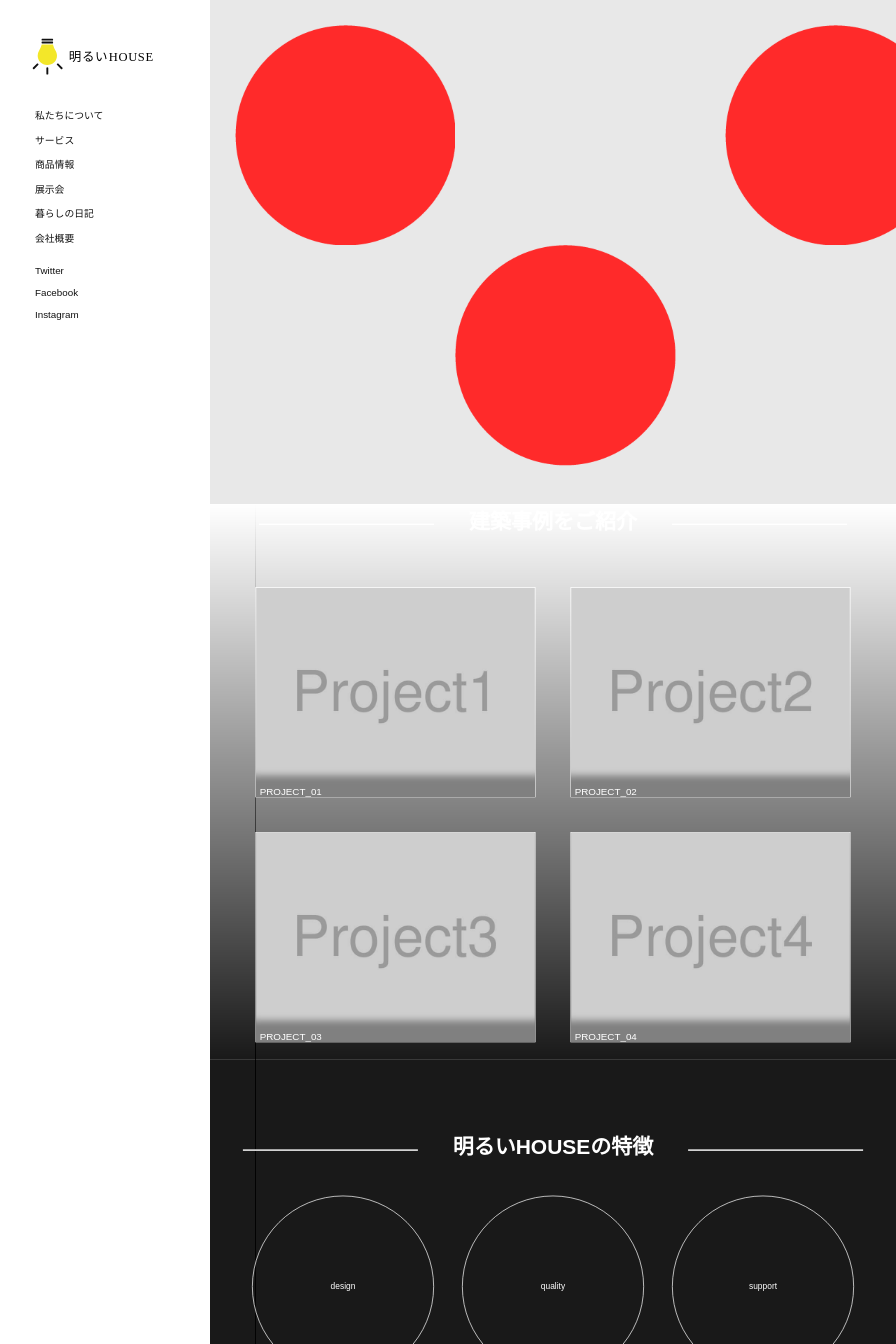
Repository: n19880405nick/challenge
Page: Codestep/House/house.html
The author's editor kept a record of every edit. The page is drawn from the files as they stood at one moment, then again after the next edit.
The browser window is 1280 px wide. The pictures show the part of the page from y = 0 to 1920 px (the page is 3844 px tall), at 70% of full size.

Above is the page before.
Console error: SyntaxError: Unexpected token ')'

### Codestep/House/house.html
<!DOCTYPE html>
<html lang="ja">
  <head>
    <meta charset="utf-8">
    <meta name="viewport" content="width=device-width, initial-scale=1.0">
    <title>明るいHOUSE</title>
    <link rel="stylesheet" href="house.css">
    <link rel="shortcut icon" href="img/favicon.ico">
    <script src="https://ajax.googleapis.com/ajax/libs/jquery/3.5.1/jquery.min.js"></script>
    <script src="main.js"></script>
  </head>

  <body>
    <header>
      <a href=""><img class="logo" src="img/logo.svg"></a>
      <nav>
        <ul>
          <li><a href="">私たちについて</a></li>
          <li><a href="">サービス</a></li>
          <li><a href="">商品情報</a></li>
          <li><a href="">展示会</a></li>
          <li><a href="">暮らしの日記</a></li>
          <li><a href="">会社概要</a></li>
          <li><a href="https://twitter.com/">Twitter</a></li>
          <li><a href="https://www.facebook.com/">Facebook</a></li>
          <li><a href="https://www.instagram.com/">Instagram</a></li>
        </ul>
      </nav>
      <button class="hamburger">
        <span></span>
        <span></span>
        <span></span>
      </button>
    </header>

    <main>
      <a class="totop" href="#"></a>
      <div id="background"></div>

      <section id="introduce">
        <span class="title">建築事例をご紹介</span>
        <div class="intro-contents">
          <a class="intro-content1" href="">
            <span class="intro-text">PROJECT_01</span>
          </a>
          <a class="intro-content2" href="">
            <span class="intro-text">PROJECT_02</span>
          </a>
          <a class="intro-content3" href="#">
            <span class="intro-text">PROJECT_03</span>
          </a>
          <a class="intro-content4" href="#">
            <span class="intro-text">PROJECT_04</span>
          </a>
        </div>
      </section>

      <section id="feature">
        <span class="title">明るいHOUSEの特徴</span>
          <div class="feature-contents">
          <div class="feature-content">
            <a class="circle" href="#">
              <span class=""
              <span>design</span>
            </a>
            <p>デザイン</p>
            <p>テキストテキストテキスト</p>
          </div>
          <div class="feature-content">
            <a class="circle" href="#">
              <span>quality</span>
            </a>
            <p>性能</p>
            <p>テキストテキストテキスト</p>
          </div>
          <div class="feature-content">
            <a class="circle" href="#">
              <span>support</span>
            </a>
            <p>サポート</p>
            <p>テキストテキストテキスト</p>
          </div>
        </div>
      </section>

      <section id="step">
        <span class="title">家が出来るまでの流れ</span>
        <p>お問い合わせいただいてから、家が完成するまでの流れです。</p>
        <div class="step-contents">
          <ol class="flow">
            <li>ヒアリング</li>
            <li>プラン提案</li>
            <li>契約</li>
            <li>着工</li>
            <li>完成</li>
          </ol>
          <dl class="step-texts">
            <dt><span>1</span>ヒアリング</dt>
            <dd>
              テキストテキストテキストテキストテキストテキストテキストテキスト
              テキストテキストテキストテキストテキストテキストテキストテキスト
            </dd>
            <dt><span>2</span>プラン提案</dt>
            <dd>
              テキストテキストテキストテキストテキストテキストテキストテキスト
              テキストテキストテキストテキストテキストテキストテキストテキスト
            </dd>
            <dt><span>3</span>契約</dt>
            <dd>
              テキストテキストテキストテキストテキストテキストテキストテキスト
              テキストテキストテキストテキストテキストテキストテキストテキスト
            </dd>
            <dt><span>4</span>着工</dt>
            <dd>
              テキストテキストテキストテキストテキストテキストテキストテキスト
              テキストテキストテキストテキストテキストテキストテキストテキスト
            </dd>
            <dt><span>5</span>完成</dt>
            <dd>
              テキストテキストテキストテキストテキストテキストテキストテキスト
              テキストテキストテキストテキストテキストテキストテキストテキスト
            </dd>
          </dl>
        </div>
      </section>

      <section id="contact">
        <span class="title">お問い合わせ</span>
        <p>お問い合わせは下記からお願いいたします。</p>
        <div class="contact-contents">
          <a class="contact-content" href="">
            <img class="contact-image" src="img/icon-document.png">
            <span>資料請求</span>
          </a>
          <a class="contact-content" href="">
            <img class="contact-image" src="img/icon-seminar.png">
            <span>Web説明会</span>
          </a>
          <a class="contact-content" href="">
            <img class="contact-image" src="img/icon-talk.png">
            <span>個別相談</span>
          </a>
        </div>
      </section>

    </main>

    <footer>
      <ul>
        <li><a href="">私たちについて</a></li>
        <li><a href="">サービス</a></li>
        <li><a href="">商品情報</a></li>
        <li><a href="">展示会</a></li>
        <li><a href="">暮らしの日記</a></li>
        <li><a href="">会社概要</a></li>
      </ul>
      <span class="copyright">Copyright © 2021 Akarui HOUSE All Rights Reserved.</span>
    </footer>
  </body>
</html>

### Codestep/House/house.css
*{
  margin: 0;
  padding: 0;
  box-sizing: border-box;
}

body{
  color: #121212;
  font-family: 'Noto Sans JP', sans-serif;
}
/*header*/
header{
  width: 300px;
  height: 100vh;
  position: fixed;
}

.logo{
  width: 200px;
  height: 100px;
  margin: 30px 0 0 40px;
}

nav ul{
  margin: 20px 0 0 50px;
  font-size: 14px;
}

nav ul li{
  margin: 15px 0;
  list-style: none;
}

nav ul li:nth-child(7){
  margin-top: 30px;
}

a{
  color: #121212;
  text-decoration: none;
}
/*レスポンシブにて表示部分*/
.hamburger{
  width: 100px;
  height: 100px;
  background-color: transparent;
  border-color: transparent;
  position: absolute;
  top: 0;
  right: 0;
  visibility: hidden;
  opacity: 0;
}
/*main*/
main{
  width: calc(100vw - 300px);
  margin-left: 300px;
  position: relative;
}

.totop{
  width: 50px;
  height: 50px;
  position: fixed;
  bottom: 20px;
  right: 20px;
  background-color: #121212;
  border: solid 1px white;
  border-radius: 25px;
  display: none;
}

.totop::before{
  position: absolute;
  top: 12px;
  left: 16px;
  content: "";
  border: solid 8px transparent;
  border-bottom: solid 8px white;
}

#background{
  width: calc(100vw - 300px);
  height: 100vh;
  background-image: url("img/bg.gif");
  background-repeat: repeat;
  position: sticky;
  top: 0;
  z-index: -3;
  animation: bgloop 10s linear infinite;
}

@keyframes bgloop{
  0% { background-position: 0 0;}
  100% { background-position: -700px 700px;}
}
/*introduce*/
#introduce{
  text-align: center;
  background: linear-gradient(to bottom, transparent, rgba(0, 0, 0, 0.9));
}

.title{
  max-width: 900px;
  margin: 0 auto;
  font-size: 30px;
  font-weight: bold;
  position: relative;
  color: white;
}

.title::before, .title::after{
  content: "";
  position: absolute;
  top: 20px;
  width: 250px;
  height: 2px;
  background-color: white;
}

.title::before{
  left: -300px;
}

.title::after{
  right: -300px;
}

.intro-contents{
  max-width: 900px;
  margin: 50px auto 0;
  display: flex;
  flex-wrap: wrap;
}

.intro-content1, .intro-content2,
.intro-content3, .intro-content4{
  width: 400px;
  height: 300px;
  margin: 25px;
  border: solid 1px white;
  background-position: center;
  background-size: cover;
  position: relative;
}

.intro-content1{
  background-image: url("img/project1.jpg");
}

.intro-content2{
  background-image: url("img/project2.jpg");
}

.intro-content3{
  background-image: url("img/project3.jpg");
}

.intro-content4{
  background-image: url("img/project4.jpg");
}

.intro-content1::after,
.intro-content2::after,
.intro-content3::after,
.intro-content4::after{
  content: "";
  width: 100%;
  height: 100%;
  position: absolute;
  bottom: 0;
  left: 0;
  box-shadow:inset 0 -40px 10px -10px gray;
  z-index: 2;
}

.intro-text{
  font-size: 14px;
  position: absolute;
  bottom: 0;
  left: 5px;
  color: white;
  z-index: 3;
}

/*feature*/
#feature{
  padding: 100px 0 50px;
  text-align: center;
  background-color:rgba(0, 0, 0, 0.9);
}

.feature-contents,
.step-contents, .contact-contents{
  max-width: 900px;
  margin: 50px auto 0;
  display: flex;
}

.feature-content{
  width: 300px;
  height: 400px;
  color: white;
  text-align: center;
}

.circle{
  width: 260px;
  height: 260px;
  color: white;
  margin: 0 auto;
  border: solid 1px white;
  border-radius: 130px;
  display: flex;
  align-items: center;
  justify-content: center;
  position: relative;
  overflow: hidden;
}

.circle::before{
  content: "";
  width: 100%;
  height: 100%;
  background-color: #fff;
  opacity: 0.3;
  position: absolute;
  left: -100%;
  transition: 0.5s;
}

.circle:hover::before{
  left: 0;
}

.circle span{
  font-size: 12px;
}

.feature-content p:nth-child(2){
  margin: 10px 0 5px;
  font-weight: bold;
}

/*step*/
#step, #contact{
  padding-top: 100px;
  background-color: white;
  text-align: center;
}

#step .title,
#contact .title{
  color: #121212;
}

#step .title::before,
#step .title::after{
  background-color: #121212;
}

#step p{
  margin: 50px 450px 30px 0;
}

.flow, .step-texts{
  display: flex;
  flex-direction: column;
}

.flow{
  width: 250px;
  position: relative;
}

.flow::before{
  content: "";
  width: 50px;
  height: 600px;
  background-color: yellow;
  position: absolute;
  top: 0;
  left: 75px;
  z-index: 1;
}

.flow li{
  list-style-position: inside;
  width: 200px;
  height: 80px;
  font-size: 0.85rem;
  font-weight: bold;
  background-color: #414141;
  color: white;
  margin-bottom: 50px;
  z-index: 2;
  line-height: 80px;
  position: relative;
}

.flow li::before{
  content: "";
  position: absolute;
  top: 80px;
  left: 0;
  border: 100px solid transparent;
  border-top: 20px solid #414141;
}

.step-texts{
  width: 600px;
  text-align: left;
}

.step-texts dt{
  line-height: 40px;
  font-weight: bold;
}

.step-texts span{
  color: white;
  width: 40px;
  height: 40px;
  display: inline-block;
  background-color: #414141;
  border-radius: 20px;
  text-align: center;
  margin-right: 10px;
}

.step-texts dd{
  padding: 10px 10px 30px 0;
  margin-left: 50px;
  border-top: solid 1px #414141;
}
/*contact*/
#contact .title::before,
#contact .title::after{
  background-color: #121212;
  width: 300px;
}

#contact .title::before{
  left: -350px;
}

#contact .title::after{
  right: -350px;
}

#contact p{
  margin: 50px 550px 30px 0;
}

.contact-contents{
  justify-content: center;
  margin-bottom: 100px;
}

.contact-content{
  width: 260px;
  height: 200px;
  border: 1px solid #121212;
  display: flex;
  flex-direction: column;
  align-items: center;
  justify-content: center;
  position: relative;
  transition: 0.2s;
}

.contact-content::before{
  content: "";
  position: absolute;
  bottom: 5px;
  right: 5px;
  border: 10px solid transparent;
  border-bottom: 10px solid #121212;
  border-right: 10px solid #121212;
}

.contact-content:hover{
  outline: 3px solid #121212;
}

.contact-content:nth-child(2){
  margin: 0 40px;
}
/*footer*/
footer{
  height: 200px;
  width: calc(100vw - 300px);
  margin-left: auto;
  background-color: #121212;
  color: white;
  text-align: center;
}

footer ul{
  padding: 50px 0;
  display: flex;
  justify-content: center;
}

footer ul li{
  list-style: none;
  padding: 0 20px;
  border-right: solid 1px white;
}

footer ul li:last-child{
  border-right: none;
}

footer ul li a{
  color: white;
  text-decoration: none;
  font-size: 12px;
  font-weight: bold;
}

.copyright{
  font-size: 12px;
  font-weight: bold;
}

### Codestep/House/main.js
$(function(){
	$(window).on('scroll',function(){
		if($(window).scrollTop() > 700){
			$('totop').fadeIn();
		}else{
			$('totop').fadeOut();
		});
	});
	$('a[href^="#').click(function(){
		let href = $(this).attr("href");
		let target = $(href == "#" || href == "" ? 'html' : href);
		let position = target.offset().top;
		$("html, body").animate({scrollTop:position}, 600, "swing");
	});
});

After the next edit:
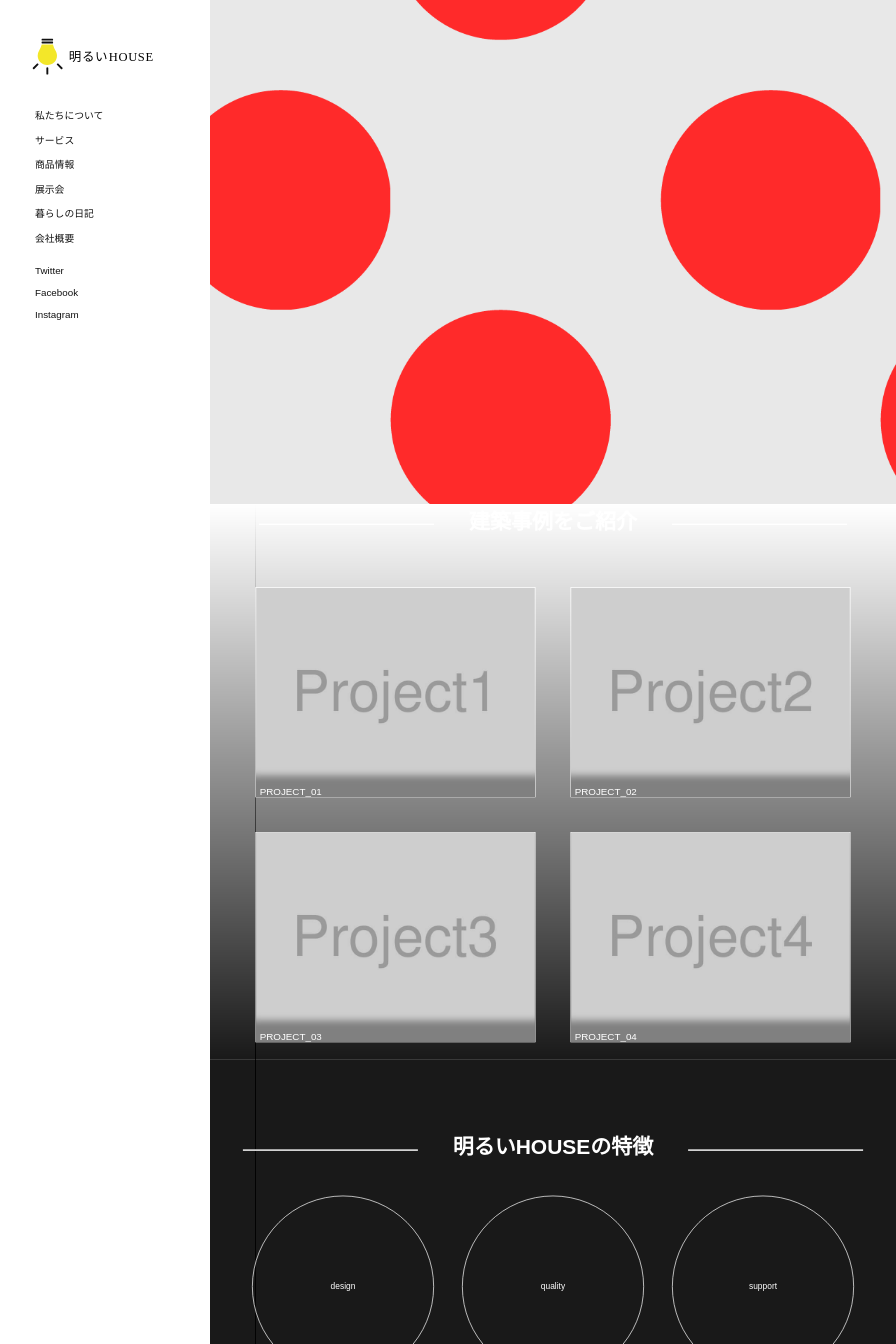
The error is gone.
The edit:
--- a/Codestep/House/main.js
+++ b/Codestep/House/main.js
@@ -4,7 +4,7 @@
 			$('totop').fadeIn();
 		}else{
 			$('totop').fadeOut();
-		});
+		}
 	});
 	$('a[href^="#').click(function(){
 		let href = $(this).attr("href");
